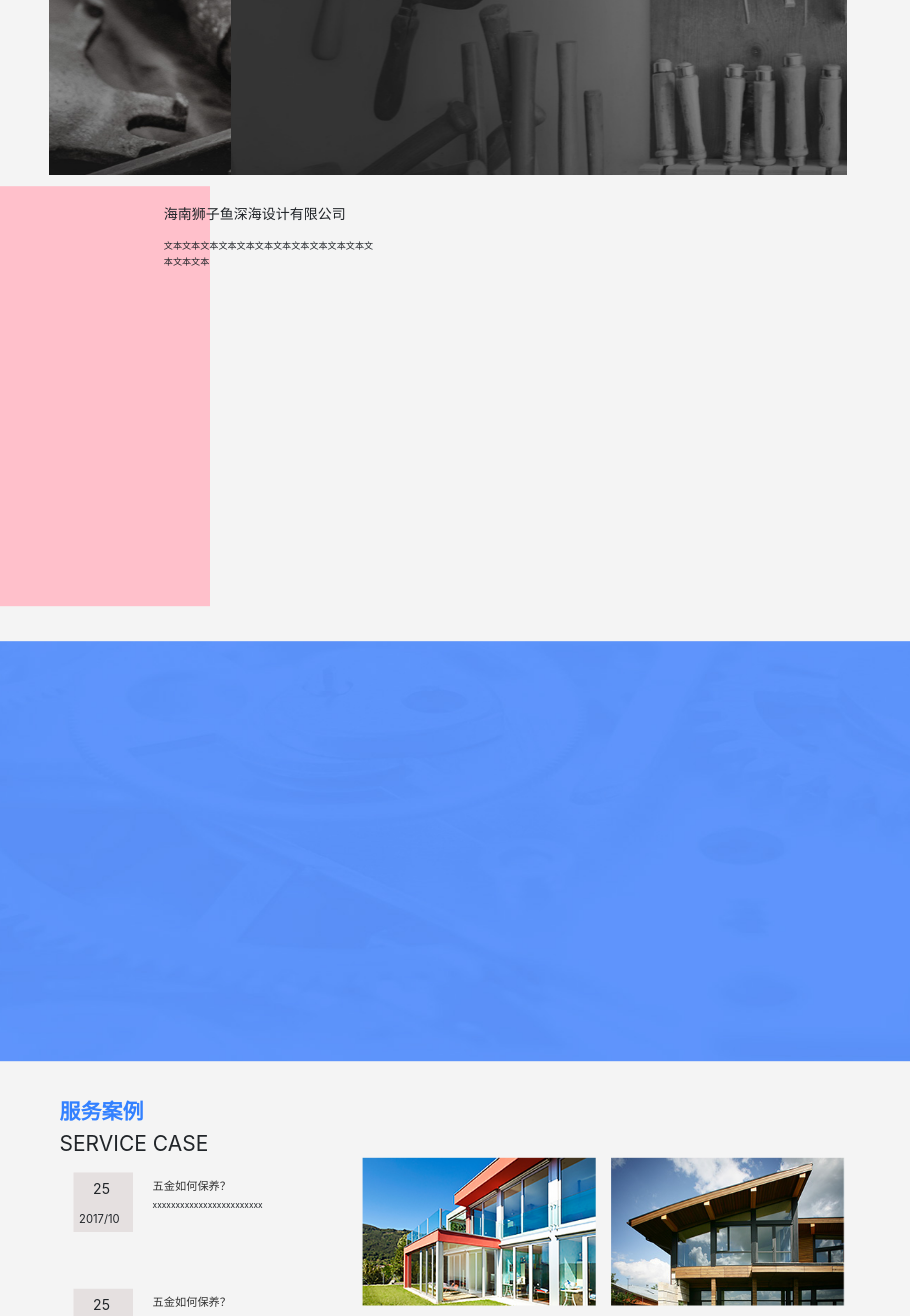
Repository: Noitom/Hadalsnailfish
Page: src/main/resources/static/index.html
These files come from the project's save history. The page is drawn as it stood at one moment and after the next save; the edit follows.
The browser window is 1280 px wide. The page is 1300 px wide, so the pictures cover 1300 px, including what lies to the right of the window. The pictures show the part of the page from y = 470 to 2350 px (the page is 2804 px tall before and 2788 px after), at 70% of full size.

Above is the page before, as saved 2021-12-14 09:47:04.
Console error: TypeError: Cannot read properties of undefined (reading 'offsetTop')

After the next save:
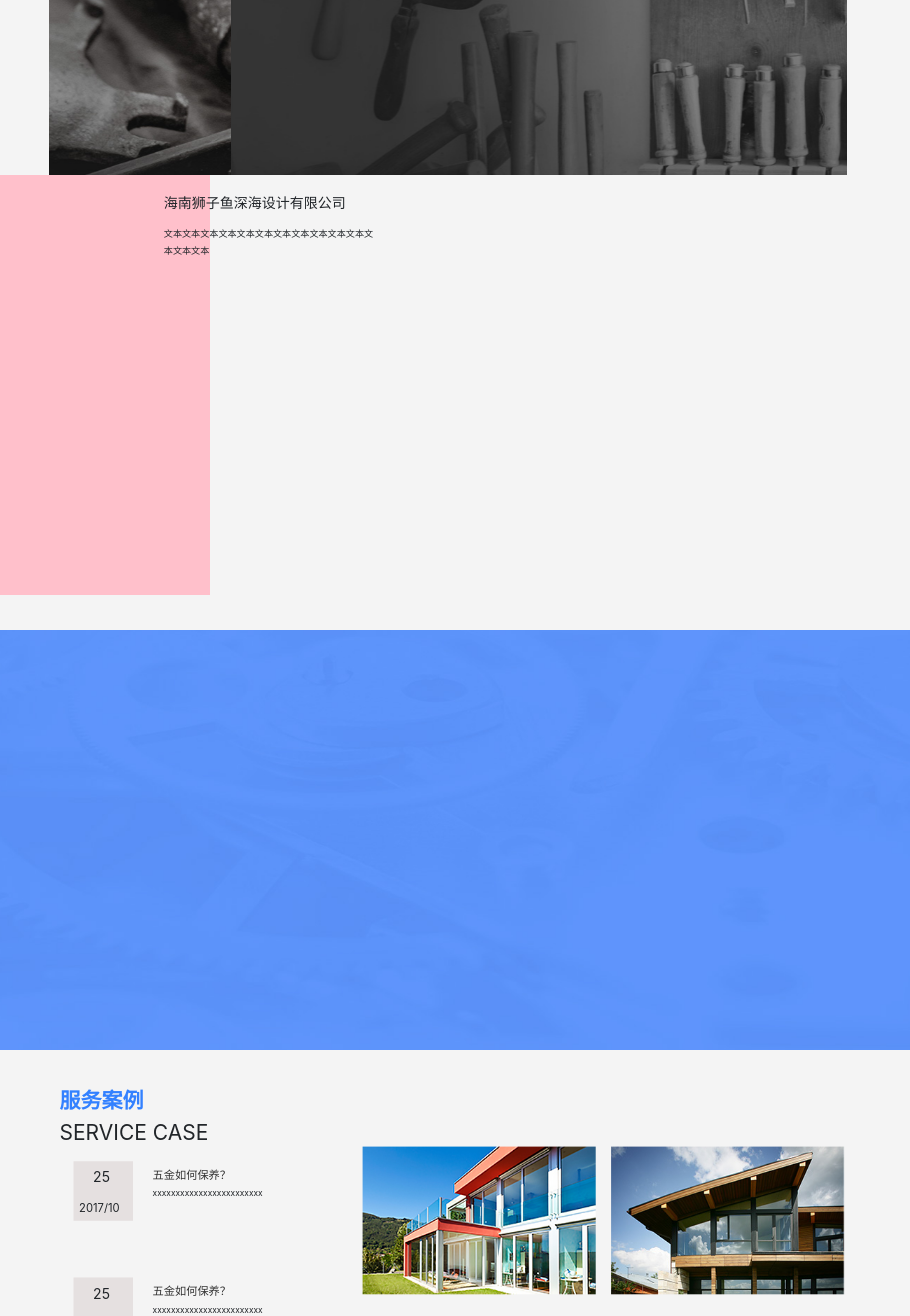
Saved 28 s later.
--- a/src/main/resources/static/index.html
+++ b/src/main/resources/static/index.html
@@ -147,7 +147,7 @@
             <span>文本文本文本文本文本文本文本文本文本文本文本文本文本文本</span>
         </div>
         <div class="szy-tow-one">
-            <p class="szy-image"></p>
+            <!-- <p class="szy-image"></p> -->
         </div>
         <!-- <transition enter-active-class="animated bounceInRight">
             <div class="container-tow" style="background: url(img/border.webp);" ref="part1" v-show="part1flag">
